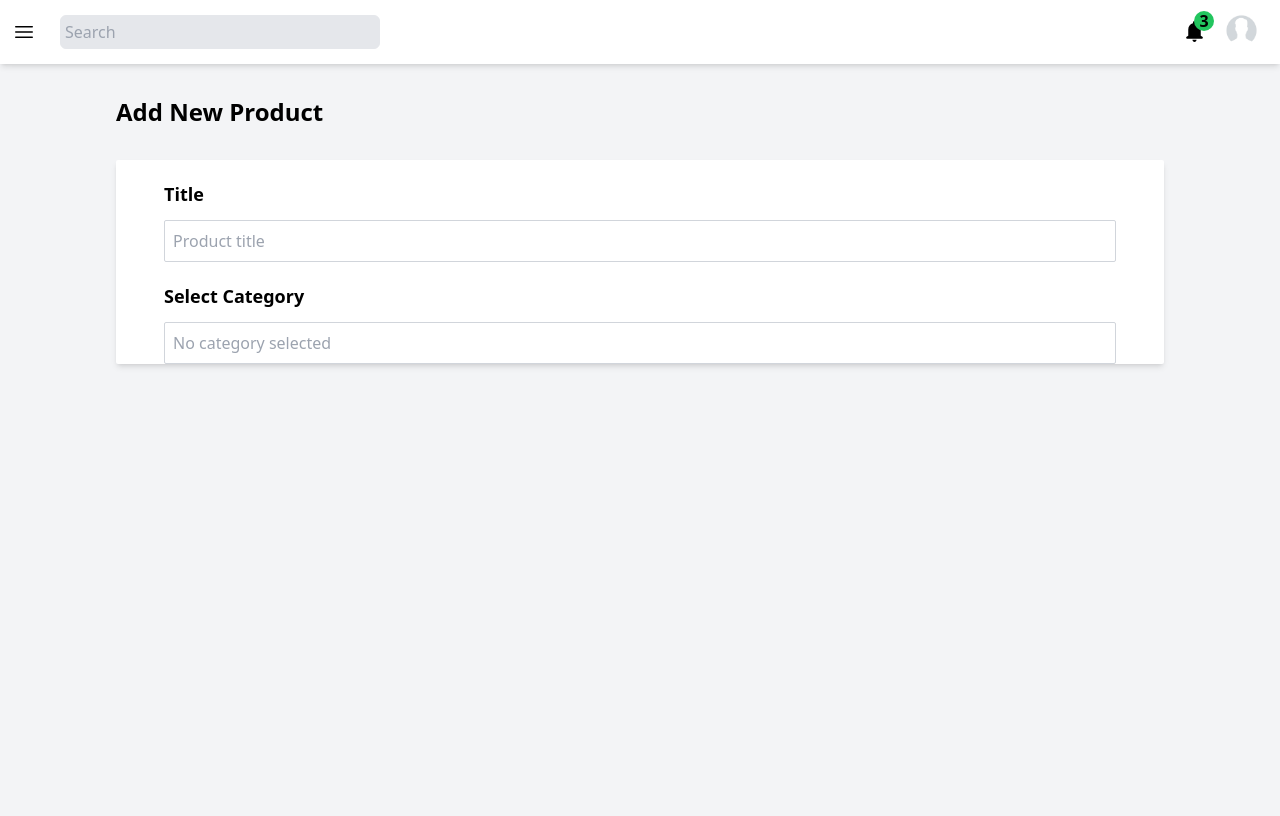
Repository: IssaMuiz/ifarmstock-admin
Page: /new-product
An editor plug-in stored every save of this project. The page is shown before and after the next save, followed by the edit.
The browser window is 1280 px wide. The pictures show the whole page.
The page's requests for data from a server got no answer. The project was rebuilt for these pictures with package versions that can differ from the ones it lists, and the page was loaded fresh each time. The framework's server and built-in components were replaced by stand-ins that run in the browser. No one was signed in, and anything a server would have sent is missing. Also part of the build but not shown: next.config.mjs.

Above is the page before, as saved 2024-10-12 16:07:10.

After the next save:
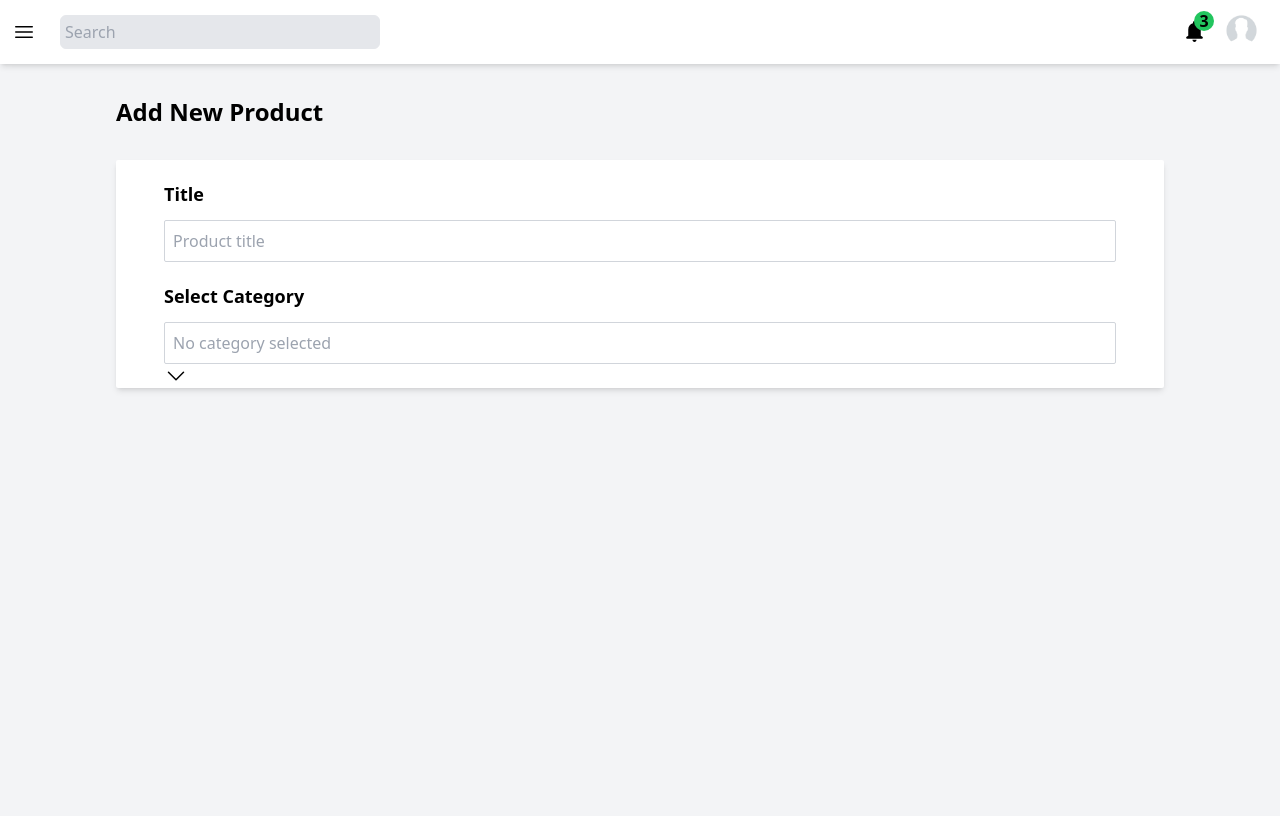
Saved 109 s later.
--- a/app/new-product/page.tsx
+++ b/app/new-product/page.tsx
@@ -17,11 +17,27 @@
         </div>
         <div className="px-5 md:px-12">
           <h2 className="text-lg font-semibold mb-3 pt-5">Select Category</h2>
-          <input
-            type="text"
-            placeholder="No category selected"
-            className="w-full border border-gray-300 rounded-sm p-2"
-          />
+          <div className="relative">
+            <input
+              type="text"
+              placeholder="No category selected"
+              className="w-full border border-gray-300 rounded-sm p-2"
+            />
+            <svg
+              xmlns="http://www.w3.org/2000/svg"
+              fill="none"
+              viewBox="0 0 24 24"
+              strokeWidth={1.5}
+              stroke="currentColor"
+              className="size-6"
+            >
+              <path
+                strokeLinecap="round"
+                strokeLinejoin="round"
+                d="m19.5 8.25-7.5 7.5-7.5-7.5"
+              />
+            </svg>
+          </div>
         </div>
       </form>
     </section>

After the save that followed:
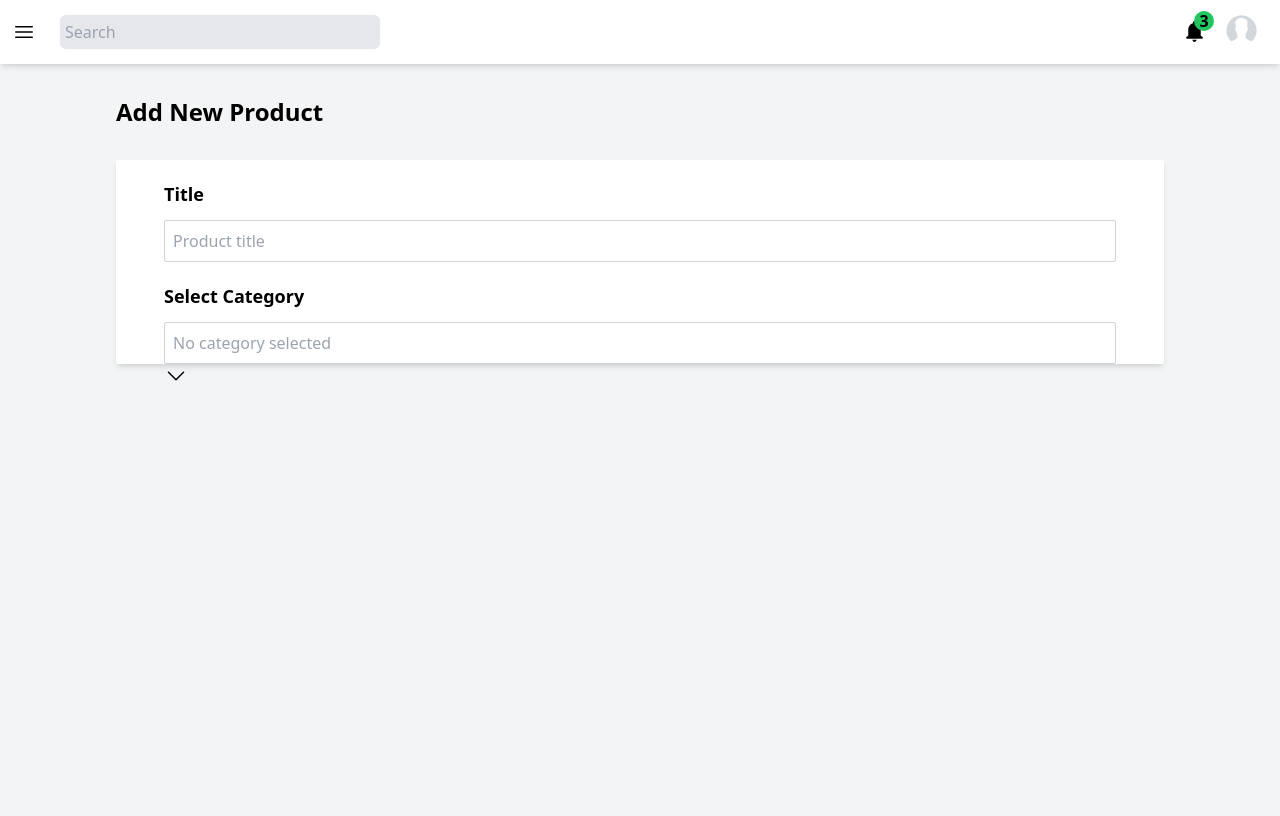
Saved 12 s later.
--- a/app/new-product/page.tsx
+++ b/app/new-product/page.tsx
@@ -29,7 +29,7 @@
               viewBox="0 0 24 24"
               strokeWidth={1.5}
               stroke="currentColor"
-              className="size-6"
+              className="size-6 absolute"
             >
               <path
                 strokeLinecap="round"
